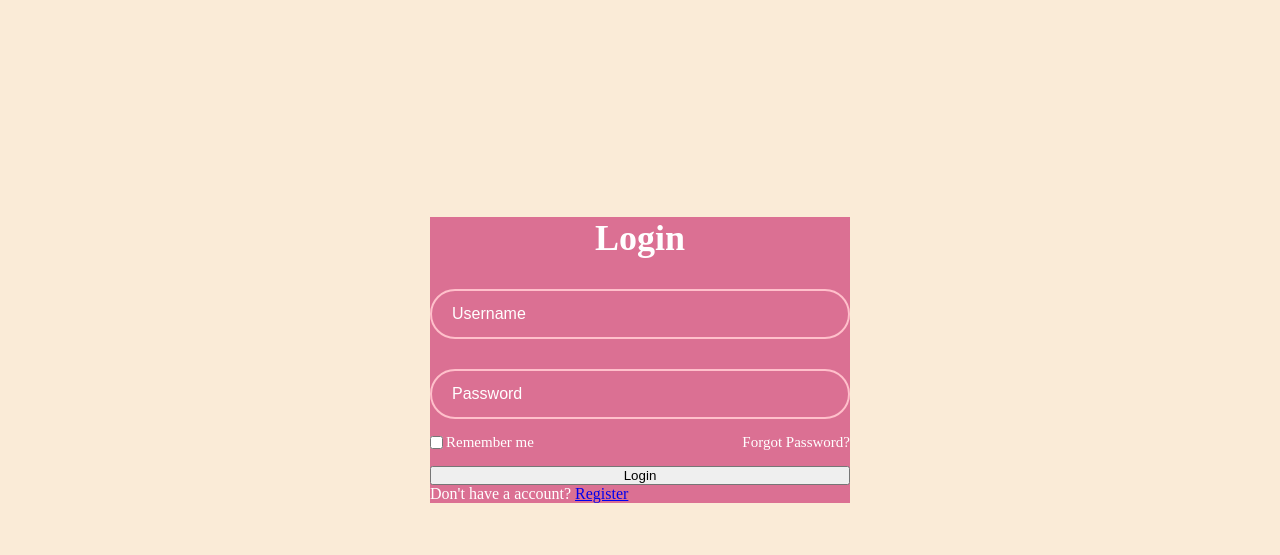
Repository: Kubraaygun/Html_Css_Login
Page: index.html
The author's editor kept a copy of each file at every save. The page is drawn from the files as they stood at one save, then again after the next save.
The browser window is 1280 px wide. The pictures show the whole page.

Above is the page before, as saved 2025-03-05 19:50:47.

### index.html
<!DOCTYPE html>
<html lang="en">
  <head>
    <meta charset="UTF-8" />
    <meta name="viewport" content="width=device-width, initial-scale=1.0" />
    <title>HTML</title>
    <link rel="stylesheet" href="style.css" />
    <link
      rel="stylesheet"
      href="https://fonts.googleapis.com/icon?family=Material+Icons"
    />
  </head>

  <body>
    <div class="container">
      <form action="">
        <!-- Baslik -->
        <h1 class="login">Login</h1>

        <!-- input alanimiz -->

        <!-- surname -->
        <div class="input-box">
          <input type="text" required placeholder="Username" />
        </div>

        <!-- Password -->
        <div class="input-box">
          <input type="password" required placeholder="Password" />
        </div>

        <!-- Remember me Alani -->
        <div class="remember-me">
          <label>
            <input class="checkbox" type="checkbox" />Remember
            <span>&nbsp;</span>me
          </label>
          <a class="forgotPassword" href="">Forgot Password?</a>
        </div>

        <!-- Button -->
        <button type="submit" class="button">Login</button>

        <!-- Register Link -->
        <div class="register-link">
          <p>Don't have a account? <a href="#"> Register</a></p>
        </div>
      </form>
    </div>
  </body>
</html>

### style.css
* {
  margin: 0;
  padding: 0;
  box-sizing: border-box;
}

body {
  display: flex;
  justify-content: center;
  align-items: center;
  min-height: 100vh; /* vh: Tarayici penceresinin yuksekligine gore yuzde olarak boyut belirler. 1vh pencere yuksekliginin %1ine esittir */
  background-color: antiquewhite;
}

.container {
  width: 420px;
  background-color: palevioletred;
  color: white;
}

.login {
  font-size: 36px;
  text-align: center;
}
.input-box {
  width: 100%;
  height: 50px;
  margin: 30px 0;
}

input {
  width: 100%;
  height: 100%;
  background-color: transparent;
  border: none;
  outline: none;
  border: 2px solid pink;
  border-radius: 30px;
  font-size: 16px;
  color: purple;
  padding: 20px;
}
input:hover {
  background-color: pink;
}
input::placeholder {
  color: #fff;
}

.remember-me {
  display: flex;
  justify-content: space-between;
  font-size: 15px;
  margin: -15px 0 15px;
}

label {
  display: flex;
  align-items: center;
}

.checkbox {
  accent-color: purple;
  margin-right: 3px;
}
.forgotPassword {
  color: #fff;
  text-decoration: none;
}

.forgotPassword:hover {
  text-decoration: underline;
}

.button {
  width: 100%;
}

After the next save:
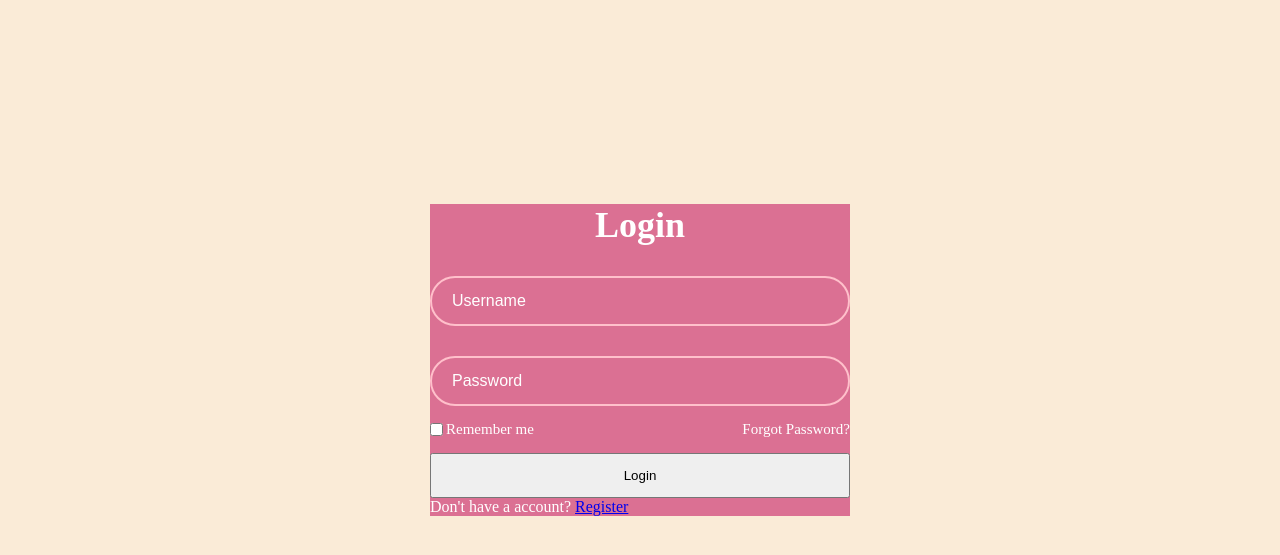
Saved 6 s later.
--- a/style.css
+++ b/style.css
@@ -74,4 +74,5 @@ label {
 
 .button {
   width: 100%;
+  height: 45px;
 }
